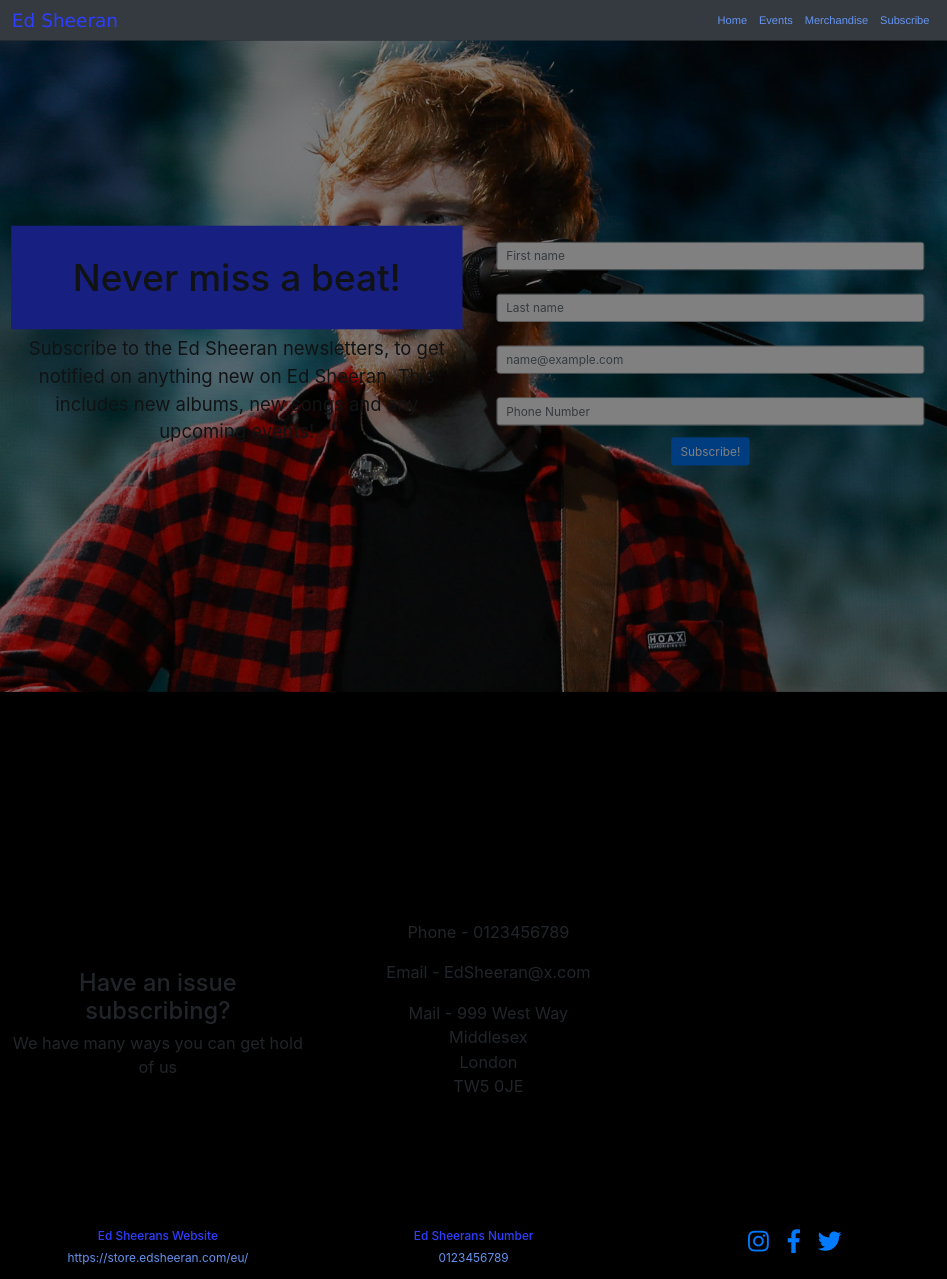
Repository: amit238/milestone-project-1
Page: subscribe.html
The author's editor kept a record of every edit. The page is drawn from the files as they stood at one moment, then again after the next edit.
The browser window is 1280 px wide. The pictures show the whole page, at 74% of full size.
Pictures or frames that could not be fetched are drawn as grey boxes. Some web libraries are served in a nearby version.

Above is the page before.

After the next edit:
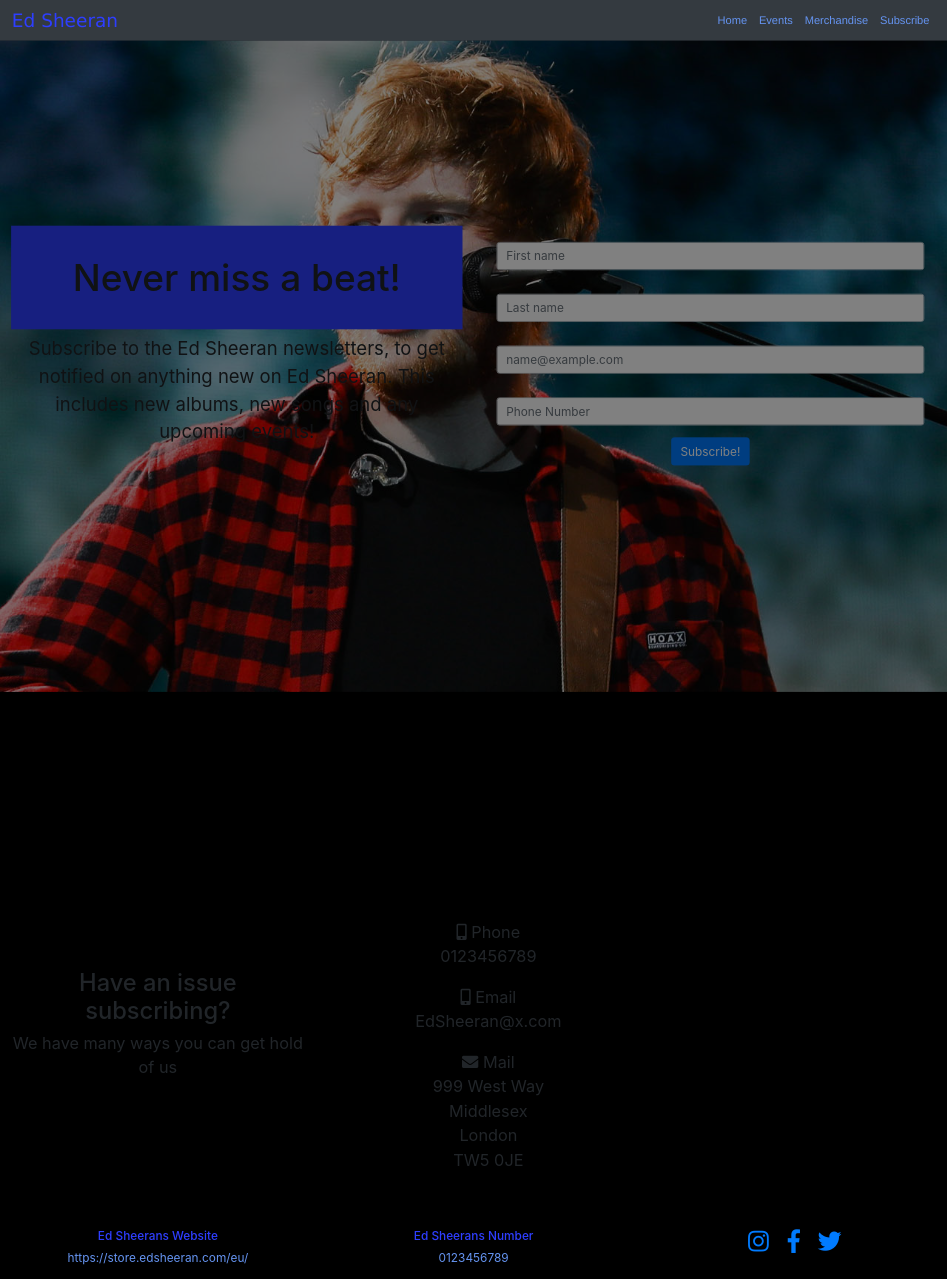
The edit:
--- a/subscribe.html
+++ b/subscribe.html
@@ -57,9 +57,9 @@
         </div>
         <div class="col-12 col-xl-4 sub-li">
           <ul style="list-style-type:none;">
-            <li class="phone-li">Phone - 0123456789</li>
-            <li class="email-li">Email - EdSheeran@x.com</li>
-            <li class="mail-li">Mail -  999 West Way<br>Middlesex<br>London<br>TW5 0JE</li>
+            <li class="phone-li"><i class="fas fa-mobile-alt"></i> Phone<br>0123456789</li>
+            <li class="email-li"><i class="fas fa-mobile-alt"></i> Email<br>EdSheeran@x.com</li>
+            <li class="mail-li"><i class="fas fa-envelope"></i> Mail<br>999 West Way<br>Middlesex<br>London<br>TW5 0JE</li>
           </ul>
         </div>
         <div class="col-12 col-xl-4 sub-map">
